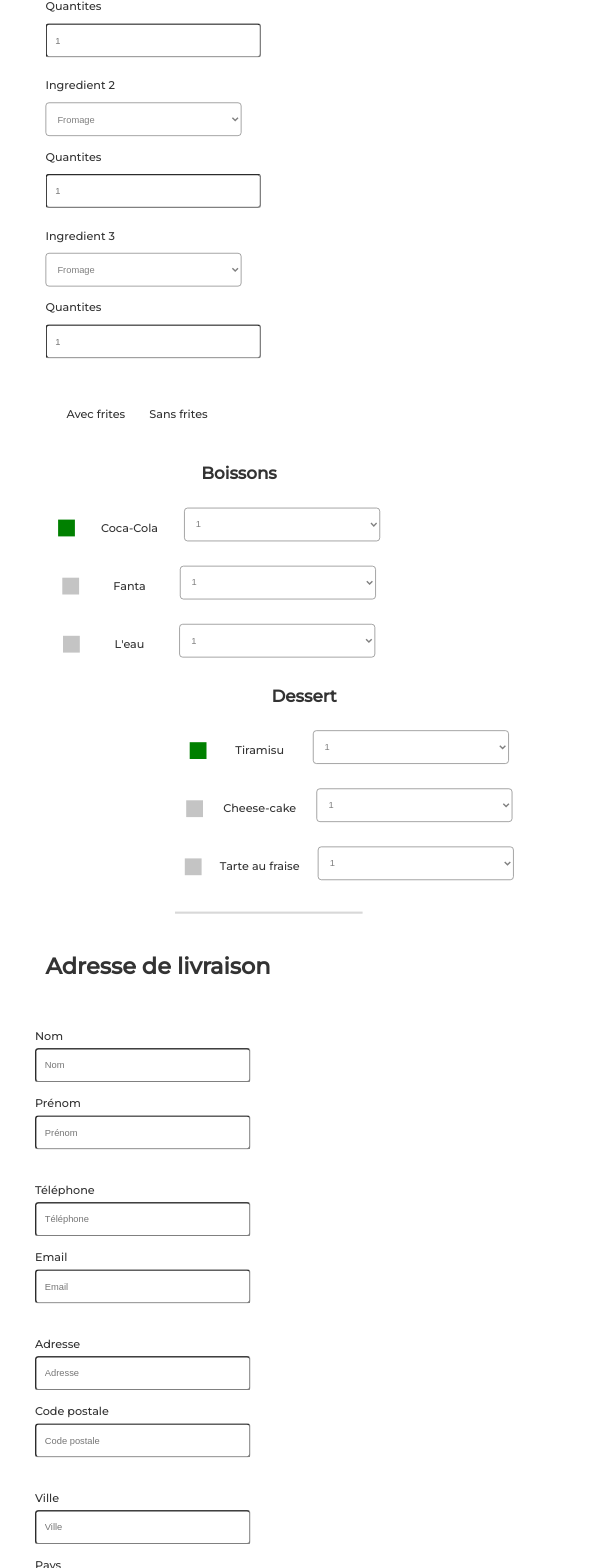
Repository: Ahlam-belhadj/bella-olange
Page: index2.html
The author's editor kept a copy of each file at every save. The page is drawn from the files as they stood at one save, then again after the next save.
The browser window is 768 px wide. The page is 858 px wide, so the pictures cover 858 px, including what lies to the right of the window. The pictures show the part of the page from y = 1986 to 4226 px (the page is 4501 px tall), at 70% of full size.

Above is the page before, as saved 2023-02-12 01:15:58.

### index2.html
<!DOCTYPE html>
<html lang="en">

<head>
    <meta charset="UTF-8">
    <meta http-equiv="X-UA-Compatible" content="IE=edge">
    <meta name="viewport" content="width=device-width, initial-scale=1.0">
    <link rel="stylesheet" href="style2.css">
    <title>Bella olanje</title>
</head>

<body>
  <header>
    <nav>
      <div class="logo"><img  class="logo" src="image/logo_bella_olonje.png" alt="logo"></div>
      <ul>
          <li><a href="#" class="nav-link">Home</a></li>
          <li><a href="#" class="nav-link">Pizza</a></li>
          <li><a href="#" class="nav-link">Burgers</a></li>
          <li><a href="#" class="nav-link">Salade</a></li>
          <li><a href="#" class="nav-link">Contact</a></li>

      </ul>
      <div class="icon_navbar">
          <label for="click" class="menu-btn">
            <i class="fas fa-bars"></i>
          </label>
      </div>
    </nav>

    <div class="title">
        <div class="texte">
            <h3>Food app</h3>
            <h1>Chez Bella <br>
                chaque désire s'additionne.</h1>
        </div>
    </div>
</header>




    <main>
      <div class="infos" id="form-infos">
        <form>
          <h1>Vos informations</h1>

          <div class="grp_infos">
            <div class="nom_prenom">
              <div class="label1">
                <label class="label_nom">Nom</label><br>
                <input type="text" placeholder="Nom">
              </div>
              <div class="label1">
                <label class="label_nom">Prénom</label><br>
                <input type="text" placeholder="Prénom">
              </div>
            </div>

            <div class="telephone_email">
              <div class="label1">
                <label class="label_nom">Téléphone</label><br>
                <input type="text" placeholder="Téléphone">
              </div>
              <div class="label1">
                <label class="label_nom">Email</label><br>
                <input type="text" placeholder="Email">
              </div>
            </div>
          </div>
        </form>
      </div>

      <hr>

      <div class="commande">
        <form>
          <h1>Votre commande</h1>
          <h3>Suppléments</h3>
          <div class="grp_suppliment">
            <div class="ingredient_quantite">
              <div class="fromage">
                <label>Ingredient</label><br>
                <select name="ingr" class="suppléments">
                  <option value="fromage">Fromage</option>
                  <option value="fromage">Fromage</option>
                  <option value="fromage">Fromage</option>
                  <option value="fromage">Fromage</option>
                  <option value="fromage">Fromage</option>
                  <option value="fromage">Fromage</option>
                  <option value="fromage">Fromage</option>
                </select>
              </div>
              <div class="box">
                <label>Quantites</label><br>
                <input type="number" min="0" placeholder="1">
              </div>
            </div>

            <div class="ingredient_quantite">
             <div class="fromage">
                <label>Ingredient 1</label><br>
                <select name="ingr" class="suppléments">
                  <option value="fromage">Fromage</option>
                  <option value="fromage">Fromage</option>
                  <option value="fromage">Fromage</option>
                  <option value="fromage">Fromage</option>
                  <option value="fromage">Fromage</option>
                  <option value="fromage">Fromage</option>
                  <option value="fromage">Fromage</option>
                </select>
              </div>
              <div class="box">
                <label>Quantites</label><br>
                <input type="number" min="0" placeholder="1">
              </div>
            </div>

            <div class="ingredient_quantite">
              <div class="fromage">
                <label>Ingredient 2</label><br>
                <select name="ingr" class="suppléments">
                  <option value="fromage">Fromage</option>
                  <option value="fromage">Fromage</option>
                  <option value="fromage">Fromage</option>
                  <option value="fromage">Fromage</option>
                  <option value="fromage">Fromage</option>
                  <option value="fromage">Fromage</option>
                  <option value="fromage">Fromage</option>
                </select>
              </div>
              <div class="box">
                <label>Quantites</label><br>
                <input type="number" min="0" placeholder="1">
              </div>
            </div>

            <div class="ingredient_quantite">
              <div class="fromage">
                <label>Ingredient 3</label><br>
                <select name="ingr" class="suppléments">
                  <option value="fromage">Fromage</option>
                  <option value="fromage">Fromage</option>
                  <option value="fromage">Fromage</option>
                  <option value="fromage">Fromage</option>
                  <option value="fromage">Fromage</option>
                  <option value="fromage">Fromage</option>
                  <option value="fromage">Fromage</option>
                </select>
              </div>
              <div class="box">
                <label>Quantites</label><br>
                <input type="number" min="0" placeholder="1">
              </div>
            </div>
          </div>


          <div class="check2">
            <label class="container">Avec frites
              <input type="radio" checked="checked" name="radio">
              <span class="checkmark"></span>
            </label>
            <label class="container">Sans frites
              <input type="radio" name="radio">
              <span class="checkmark"></span>
            </label>
          </div>


          <div class="all">
            <div class="content_of_boisson">
                <h2>Boissons</h2>
                <div class="boissons">
                    <div class="carre"></div>
                    <label>Coca-Cola</label>
                    <select name="Fromage" class="Fromage" style="margin-top: 10px;">
                      <option value="">1</option>
                      <option value="">2</option>
                      <option value="">3</option>
                      <option value="">4</option>
                    </select>
                </div>
                <div class="boissons">
                    <div class="carre grey"></div>
                    <label>Fanta</label>
                    <select name="Fromage" class="Fromage" style="margin-top: 10px;">
                      <option value="">1</option>
                      <option value="">2</option>
                      <option value="">3</option>
                      <option value="">4</option>
                    </select>
                </div>
                <div class="boissons">
                    <div class="carre grey"></div>
                    <label>L'eau</label>
                    <select name="Fromage" class="Fromage" style="margin-top: 10px;">
                      <option value="">1</option>
                      <option value="">2</option>
                      <option value="">3</option>
                      <option value="">4</option>
                    </select>
                </div>
            </div>

            <div class="content_of_dessert">
                <h2>Dessert</h2>
                <div class="boissons dessert">
                    <div class="carre"></div>
                    <label>Tiramisu</label>
                    <select name="Fromage" class="Fromage" style="margin-top: 10px;">
                        <option value="">1</option>
                        <option value="">2</option>
                        <option value="">3</option>
                        <option value="">4</option>
                    </select>
                </div>
                <div class="boissons dessert">
                    <div class="carre grey"></div>
                    <label>Cheese-cake</label>
                    <select name="Fromage" class="Fromage" style="margin-top: 10px;">
                      <option value="">1</option>
                      <option value="">2</option>
                      <option value="">3</option>
                      <option value="">4</option>
                    </select>
                </div>
                <div class="boissons dessert">
                    <div class="carre grey"></div>
                    <label>Tarte au fraise</label>
                    <select name="Fromage" class="Fromage" style="margin-top: 10px;">
                      <option value="">1</option>
                      <option value="">2</option>
                      <option value="">3</option>
                      <option value="">4</option>
                    </select>
                </div>
            </div>
            </div>
        </form>
      </div>

      <hr>

      <div class="livraison">
        <form>
          <h1>Adresse de livraison</h1>
          <div class="grp_infos">
            <div class="nom_prenom">
              <div class="label1">
                <label class="label_nom">Nom</label><br>
                <input type="text" placeholder="Nom">
              </div>
              <div class="label1">
                <label class="label_nom">Prénom</label><br>
                <input type="text" placeholder="Prénom">
              </div>
            </div>

            <div class="telephone_email">
              <div class="label1">
                <label class="label_nom">Téléphone</label><br>
                <input type="text" placeholder="Téléphone">
              </div>
              <div class="label1">
                <label class="label_nom">Email</label><br>
                <input type="text" placeholder="Email">
              </div>
            </div>
            <div class="nom_prenom">
              <div class="label1">
                <label class="label_nom">Adresse</label><br>
                <input type="text" placeholder="Adresse">
              </div>
              <div class="label1">
                <label class="label_nom">Code postale</label><br>
                <input type="text" placeholder="Code postale">
              </div>
            </div>

            <div class="telephone_email">
              <div class="label1">
                <label class="label_nom">Ville</label><br>
                <input type="text" placeholder="Ville">
              </div>
              <div class="label1">
                <label class="label_nom">Pays</label><br>
                <input type="text" placeholder="Pays">
              </div>
            </div>
          </div>
            <div class="div_button"><button class="button" type="button">Envoyer</button></div>
        </form>

      </div>
    </main>

</body>

</html>

### style2.css
@import url('https://fonts.googleapis.com/css2?family=Montserrat:wght@100;200;500&display=swap');

body {
    font-family: Montserrat, sans-serif;
    margin: auto;
}


.logo {
    height: 80px;
}

nav {
    display: flex;
    height: 80px;
    width: 100%;
    background: white;
    align-items: center;
    justify-content: space-between;
    padding: 0 50px 0 100px;
    flex-wrap: wrap;
  }

  nav .logo {
    color: #fff;
    font-size: 20px;
    text-transform: uppercase;
    text-decoration: none;
  }

  nav a {
    color: #fff;
    text-decoration: none;
  }

  nav ul {
    display: flex;
    flex-wrap: wrap;
    list-style: none;

  }

  nav ul li {
    margin: 0 5px;
  }

  nav ul li a {
    color: black;
    text-decoration: none;
    font-size: 16px;
    font-weight: 500;
    padding: 8px 15px;
    border-radius: 5px;
    letter-spacing: 1px;
    transition: all 0.3s ease;
  }

  nav .icon_navbar {
    display: flex;
  }



  nav .menu-btn i {
    color: #050505;
    font-size: 22px;
    cursor: pointer;

  }

  input[type="checkbox"] {
    display: none;
  }

  @media (max-width: 1000px) {
    nav {
      padding: 0 40px 0 50px;
    }

    nav .logo {
      color: #fff;
      font-size: 16px;
      text-transform: uppercase;
    }
  }

  @media (max-width: 1250px) {
    nav .menu-btn i {
      display: block;
    }

    #click:checked~.menu-btn i:before {
      content: "\f00d";
    }

    nav ul {
      position: fixed;
      top: 80px;
      right: -100%;
      background: #C81100;
      height: 100vh;
      width: 60%;
      text-align: center;
      display: block;
      transition: all 0.3s ease;
    }

    #click:checked~ul {
      right: 0;
    }

    nav ul li {
      width: 100%;
      margin: 40px 0;
    }

    nav ul li a {
      width: 100%;
      display: block;
      font-size: 20px;
      transition: 0.6s cubic-bezier(0.68, -0.55, 0.265, 1.55);
    }

    #click:checked~ul li a {
      margin-left: 0px;
    }

    nav ul li a.active,
    nav ul li a:hover {
      background: none;
      color: #1E1E1E;
    }
  }
.title {
  background-image: url(image/Rectangle\ 48.png);
  height: 619px;
  background-repeat: no-repeat;
  background-position: center;
  background-size: cover;



}

.texte{
    color: white;
    display: flex;
    align-items: center;
    justify-content: center;
    flex-direction: column;
    text-align: center;
    height: 50%;
}



/*food_app*/
.title_food_app {
    padding-top: 50px;
}

.food_app{
    background-image: url(./img/food_app.png);
    min-height: 90vh;
    background-repeat: no-repeat;
    background-position: center;
    background-size: cover;
}
.title_food_app h3 {
    font-family: 'Montserrat';
    font-style: normal;
    font-weight: 550;
    font-size: 24px;
    line-height: 36px;
    text-align: center;
    letter-spacing: 0.1px;
    color: #F7F7F7;
    padding-top: 50px;
}

.title_food_app{

    font-family: Montserrat;
    font-style: normal;
    font-weight: 600;
    font-size: 58px;
    line-height: 80px;
    text-align: center;
    letter-spacing: 0.2px;
    color: #FFFFFF;
}

.title_pizza {
    display: flex;
    justify-content: center;
    color: #000000;
}
/*food_app*/


/*infos*/


.ingredient_quantite{
    display: flex;
    flex-direction:row;
    justify-content: flex-start;
    gap: 20%;
    margin-bottom: 10px;
}


main {
    color: #333333;
}

.label1 input {
    width: 280px;
    height: 35px;
    margin-bottom: 20px;
    margin-top: 8px;
    padding: 5px 12px;
    color: grey;
    border-radius: 5px;
    border-color: gray;
}


.infos h1 {
    padding: 85px;
}

hr {
    height: 3px;
    background-color:#d8d8d8;
    border: none;
    margin: 25px 250px 25px;
}

.nom_prenom {
    display: flex;
    justify-content: space-around;
    padding-right: 400px;
    padding-bottom: 28px;
}
.telephone_email {
    display: flex;
    justify-content: space-around;
    padding-right: 400px;
    padding-bottom: 28px;
}

/*infos*/

/*livraison*/

.livraison h1 {
    margin-left: 65px;
    padding-top: 30px;
    padding-bottom: 50px;
}
/*livraison*/

/*commande*/
.suppléments {
    width: 280px;
    height: 48px;
    margin-bottom: 20px;
    margin-top: 15px;
    padding: 5px 12px;
    color: grey;
    border-radius: 5px;
    border-color: gray;
    background-color: #FFFFFF;
}


.commande {
    margin-left: 65px;
}

.commande h1 {
    padding-top: 30px;
}

.commande h3 {
    padding-top: 50px;
    padding-bottom: 42px;
}

.box input {
    width: 280px;
    height: 35px;
    margin-bottom: 20px;
    margin-top: 15px;
    padding: 5px 12px;
    color: grey;
    border-radius: 5px;
    border-color: gray;
}

.boissons_dessert {
    display: flex;
    flex-direction: row;
}

/*commande*/


.div_button {
    padding: 50px 150px 70px 0px;
    display: flex;
    justify-content: flex-end;
}

button {
    border: 0;
    line-height: 2.5;
    width: 120px;
    padding: 0 18px;
    font-size: 18px;
    text-align: center;
    color: #fff;
    border-radius: 20px;
    background-color: #FA4A0C;
    box-shadow: 1px 1px 5px #B73227;
}


/*dessert et boissons*/

.avec, .sans {
    display: flex;
    flex-direction: row;
    justify-content: space-around;
    width: 150px;
    height: 40px;
    align-items: center;
}

.sans_f {
    padding-top: 39px;
    padding-left: 50px;
}
.avec_f {
    padding-left: 10px;
}

.boissons{
    display: flex;
    align-items: center;
    justify-content: space-around;
    width: 31rem;
    padding-top: 5px;
}

.carre {
    width: 24px;
    height: 24px;
    background-color: green;
}

.carre.grey {
    background-color: #C4C4C4;
}

.all {
    display: flex;
}

.content_of_dessert {
    margin-left: 186px;
}

.Fromage {
    padding: 7px;
    border-radius: 5px;
    width: 280px;
    height: 48px;
    margin-bottom: 20px;
    margin-top: 8px;
    padding: 5px 12px;
    color: grey;
    border-radius: 5px;
    border-color: gray;
    background-color: #FFFFFF;
}
/*dessert et boissons*/


/*checkbox*/
.check2 {
    padding-top: 40px;
    padding-bottom: 40px;
}
.container {
    padding-left: 30px;
    margin-bottom: 12px;
    cursor: pointer;
    font-size: 16px;


  }

  .container input {
    position: absolute;
    opacity: 0;
    cursor: pointer;
  }

  .checkmark {
    position: absolute;
    top: 0;
    left: 0;
    height: 21px;
    width: 21px;
    background-color: rgba(176, 176, 176, 0.677);
    border-radius: 50%;
}




  .container input:checked  .checkmark {
    background-color: #2e3983;
  }

  .checkmark:after {
    position: absolute;
    display: none;
  }

  .container input:checked ~ .checkmark:after {
    display: block;
  }

  .container .checkmark:after {
       top: 9px;
      left: 9px;
      width: 8px;
      background: white;
  }
/*checkbox*/

@media (max-width:800px) {
.infos h1{
    text-align: center;
}
.nom_prenom {
    justify-content: center;
   flex-direction: column;
   padding-left: 50px;
}
.telephone_email {
   flex-direction: column;
   padding-left: 50px;
}

.ingredient_quantite{
    flex-direction: column;
}

h2{
    text-align: center;
    padding-right: 150px;

}

.all{
    flex-direction: column;
}

.content_of_dessert {
    margin-left: 186px;
  }
}

After the next save:
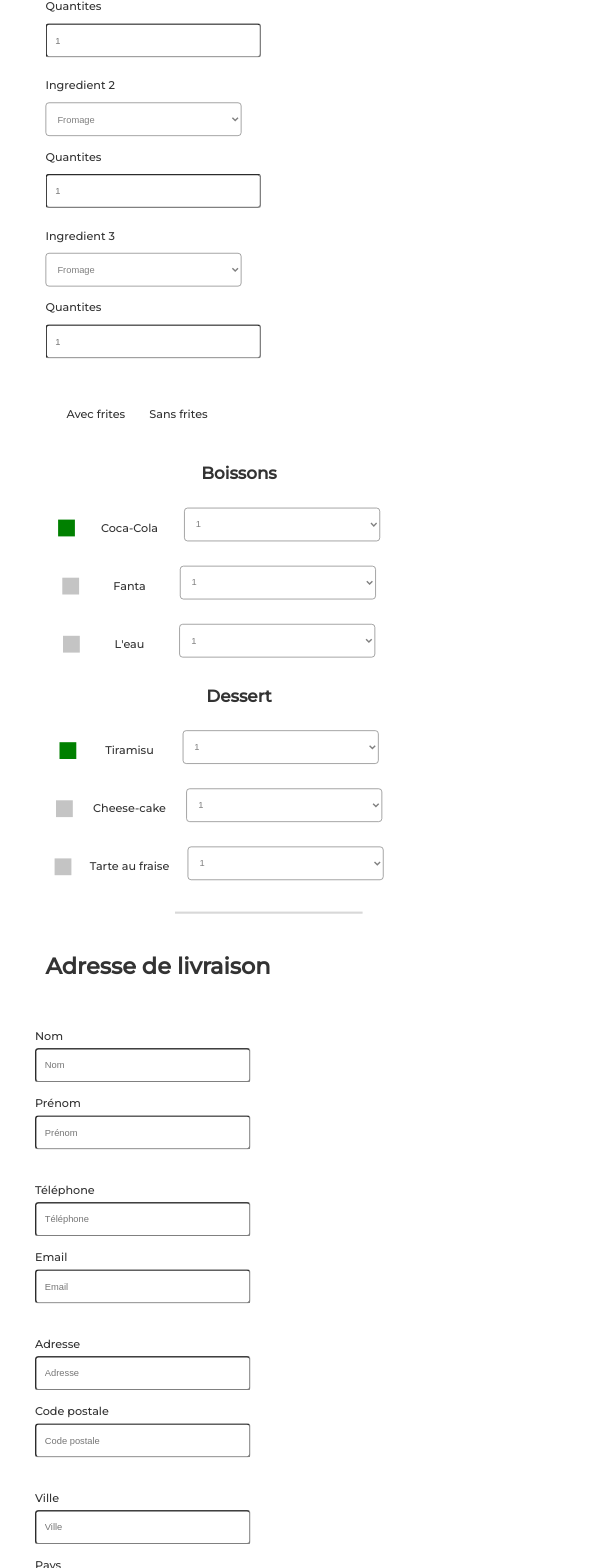
Saved 4 s later.
--- a/style2.css
+++ b/style2.css
@@ -471,6 +471,6 @@ h2{
 }
 
 .content_of_dessert {
-    margin-left: 186px;
-  }
-}
+    margin-left: 0px;
+  }
+}
